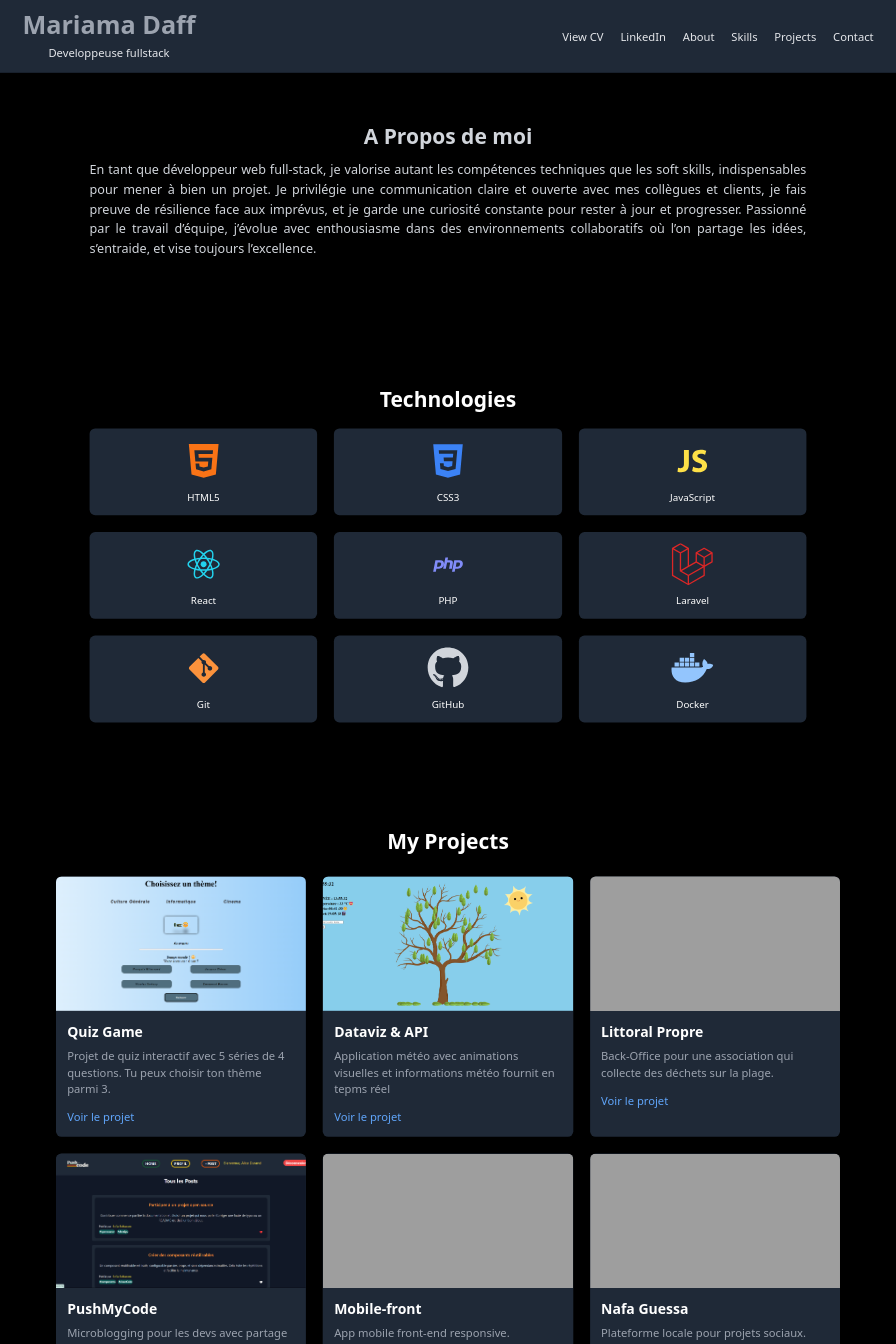
Repository: mariamdaff/Projets_Perso
Page: / (app in mon_portfolio/)
The author's editor kept a copy of each file at every save. The page is drawn from the files as they stood at one save, then again after the next save.
The browser window is 1280 px wide. The pictures show the part of the page from y = 0 to 1920 px (the page is 2687 px tall), at 70% of full size.
Pictures or frames that could not be fetched are drawn as grey boxes. The project was rebuilt for these pictures with package versions that can differ from the ones it lists, and the page was loaded fresh each time. Also part of the build but not shown: mon_portfolio/vite.config.js.

Above is the page before, as saved 2025-04-23 15:40:32.

After the next save:
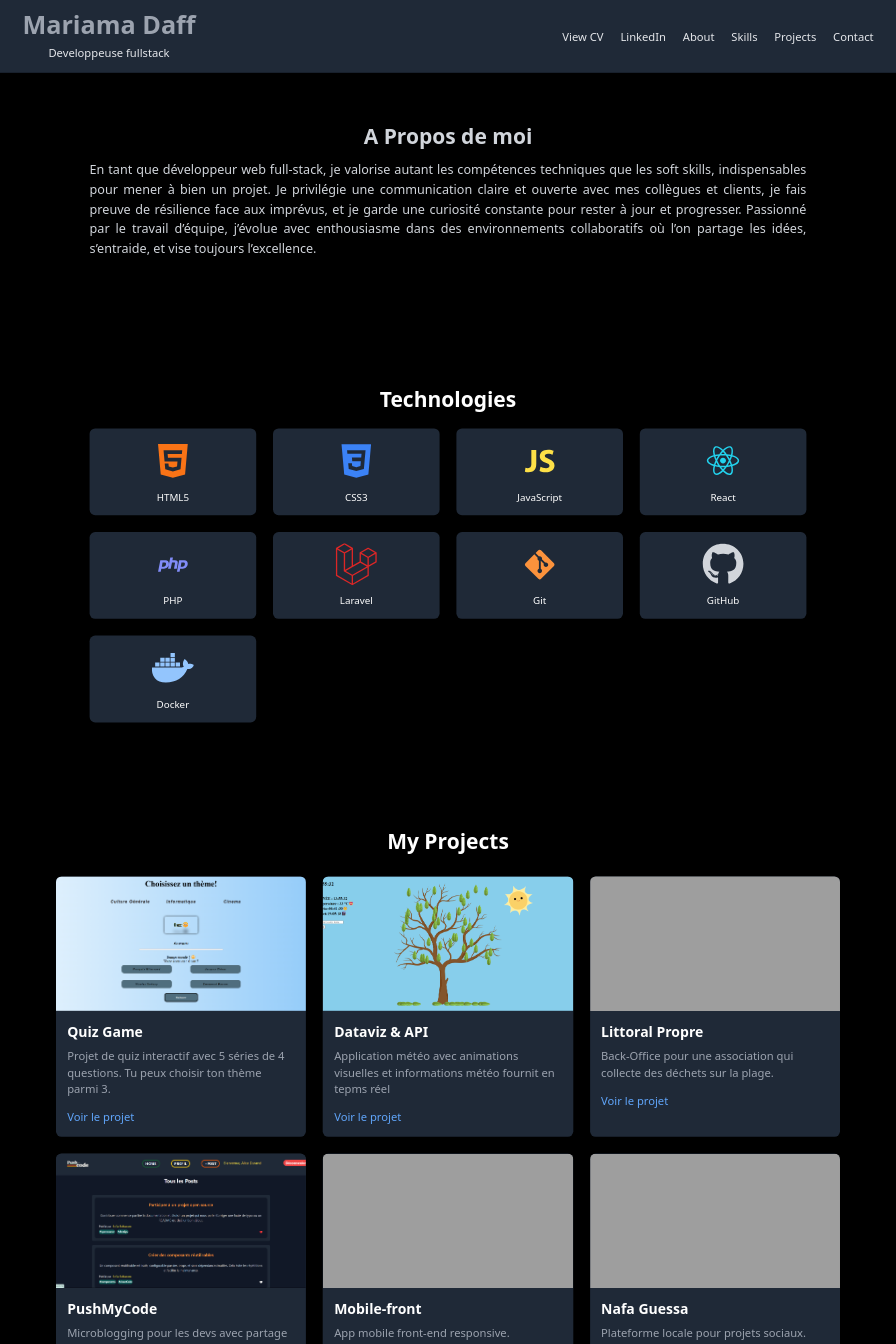
Saved 3 min 43 s later.
--- a/mon_portfolio/src/components/skills/Skills.jsx
+++ b/mon_portfolio/src/components/skills/Skills.jsx
@@ -8,7 +8,7 @@
   return (
     <section className="py-10 bg-black text-white text-center ">
       <h2 className="text-3xl font-bold mb-6">Technologies</h2>
-      <ul className="grid grid-cols-1 sm:grid-cols-2 lg:grid-cols-3 gap-6 max-w-5xl mx-auto text-center">
+      <ul className="grid grid-cols-2 sm:grid-cols-3 lg:grid-cols-4 gap-6 max-w-5xl mx-auto text-center">
   <li className="flex flex-col items-center bg-gray-800 p-4 rounded-lg shadow-md hover:bg-gray-700 transition">
     <DiHtml5 className="text-6xl text-orange-500 mb-2" />
     <span className="text-white text-sm mt-1">HTML5</span>
